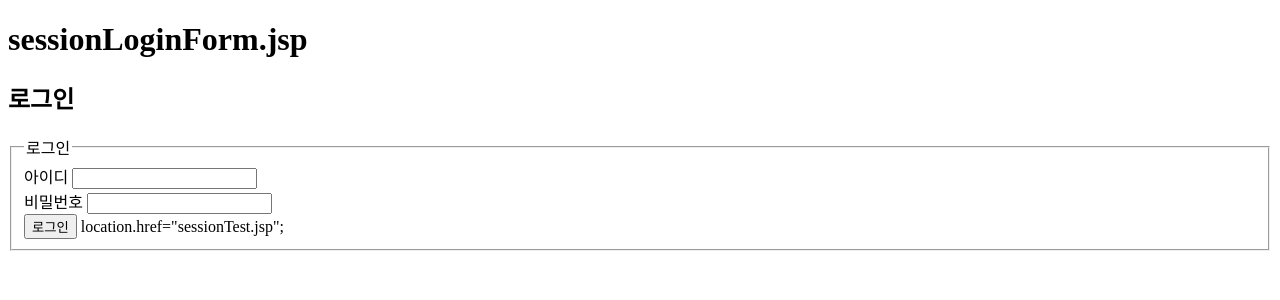
Repository: HeeYoung9/young9
Page: http://localhost/JSP7/jsp/sessionLoginForm.jsp
These files come from the project's save history. The page is drawn as it stood at one moment and after the next save; the edit follows.
The browser window is 1280 px wide. The pictures show the whole page.
The page is served by Tomcat 9.

Above is the page before, as saved 2023-08-24 06:22:48.

### JSP7/src/main/webapp/jsp/sessionLoginForm.jsp
<%@ page language="java" contentType="text/html; charset=UTF-8"
    pageEncoding="UTF-8"%>
<!DOCTYPE html>
<html>
<head>
<meta charset="UTF-8">
<title>sessionLoginForm</title>
</head>
<body>

<h1>sessionLoginForm.jsp</h1>
<h2>로그인</h2>
<fieldset>
<legend>로그인</legend>
<form action="sessionLoginPro.jsp" method="post" name="lg" onsubmit="fn1();">
 아이디 <input type="text" name="id"> <br>
 비밀번호 <input type="password" name="pw"> <br>
 <input type="submit" value="로그인">

 location.href="sessionTest.jsp";

</form>
</fieldset>

</body>
</html>

After the next save:
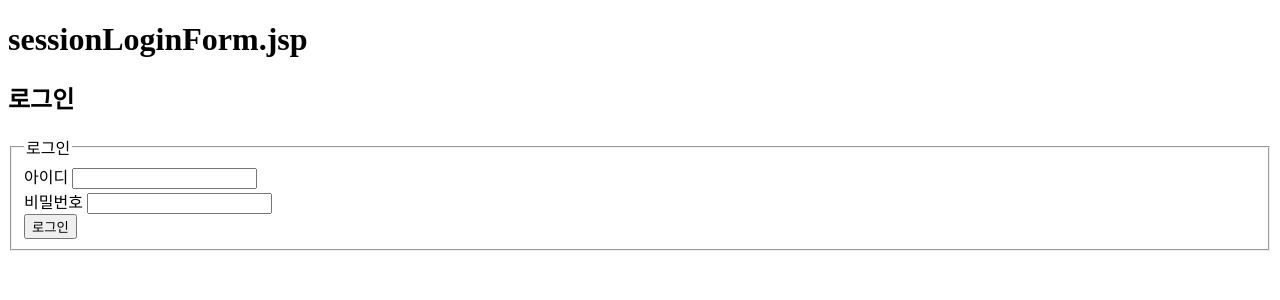
Saved 34 s later.
--- a/JSP7/src/main/webapp/jsp/sessionLoginForm.jsp
+++ b/JSP7/src/main/webapp/jsp/sessionLoginForm.jsp
@@ -17,7 +17,9 @@
  비밀번호 <input type="password" name="pw"> <br>
  <input type="submit" value="로그인">
 
- location.href="sessionTest.jsp";
+ <%
+ 	session.invalidate();
+ %>
 
 </form>
 </fieldset>
